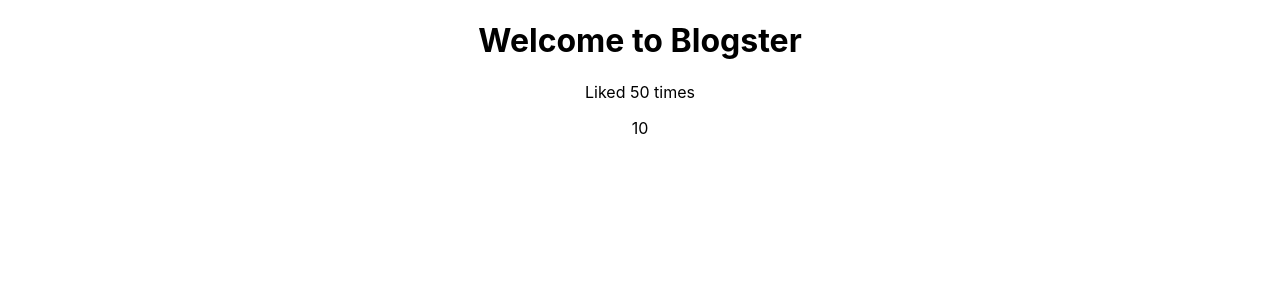
Repository: anuragkej/blogster
Page: /
The author's editor kept a copy of each file at every save. The page is drawn from the files as they stood at one save, then again after the next save.
The browser window is 1280 px wide. The pictures show the whole page.
The project was rebuilt for these pictures with package versions that can differ from the ones it lists, and the page was loaded fresh each time.

Above is the page before, as saved 2024-08-20 01:01:28.

### src/App.js
import "./App.css";

function App() {
  const title = "Welcome to Blogster";
  const likes = 50;

  // react converts everything to string before outputting to browser, so don't need to worry about typecasting

  return (
    <div className="App">
      <div className="content">
        <h1>{title}</h1>
        <p>Liked {likes} times</p>
        <p>{10}</p>
      </div>
    </div>
  );
}

export default App;

Loaded but not shown: public/index.html (common file); src/index.js (common file); src/index.css (common file); src/App.css (common file)

After the next save:
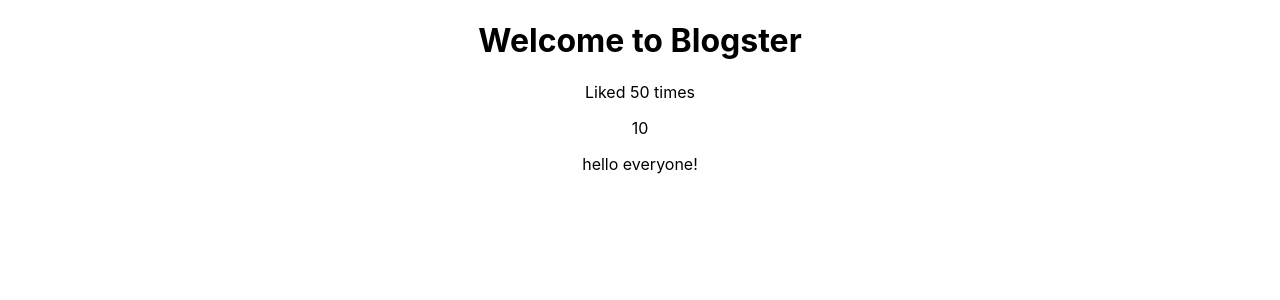
Saved 21 s later.
--- a/src/App.js
+++ b/src/App.js
@@ -12,6 +12,7 @@ function App() {
         <h1>{title}</h1>
         <p>Liked {likes} times</p>
         <p>{10}</p>
+        <p>{"hello everyone!"}</p>
       </div>
     </div>
   );
